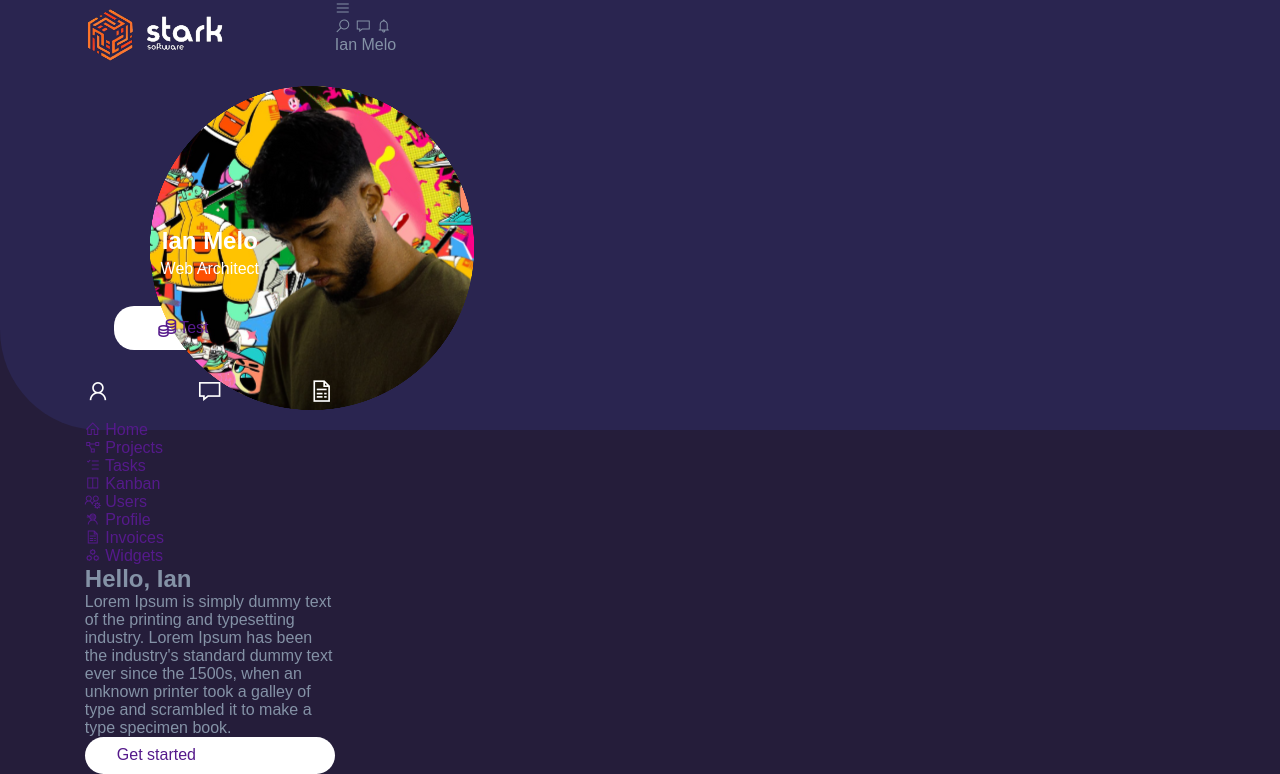
Repository: ichumbo/StarkDashboard
Page: index.html
These files come from the project's save history. The page is drawn as it stood at one moment and after the next save; the edit follows.
The browser window is 1280 px wide. The pictures show the whole page.
Pictures or frames that could not be fetched are drawn as grey boxes.

Above is the page before, as saved 2023-06-06 16:52:16.

### index.html
<!DOCTYPE html>
<html lang="pt-br">
<head>

    <meta charset="UTF-8">
    <meta http-equiv="X-UA-Compatible" content="IE=edge">
    <meta name="viewport" content="width=device-width, initial-scale=1.0">
    <title>Stark</title>
    <!--CSS-->
    <link rel="stylesheet" href="css/style.css">
    <!--Icons-->
    <link rel="stylesheet" href="https://maxst.icons8.com/vue-static/landings/line-awesome/font-awesome-line-awesome/css/all.min.css">
    <link rel="stylesheet" href="https://maxst.icons8.com/vue-static/landings/line-awesome/line-awesome/1.3.0/css/line-awesome.min.css">

</head>
<body>
    <div class="page-wrapper">
        <input type="checkbox" name="" id="menu-toggle">

        <div class="sidebar">
            <div class="brand">
                <img src="./img/blackicon.png" alt="stark" class="icon-header">
            </div>

            <div class="profile-card">
                <div class="profile-img">
                    <img src="/img/iconphoto.png" alt="Perfil">
                </div>
                <div class="profile-info">
                    <h2>Ian Melo</h2>
                    <small>Web Architect</small>
                </div>
                <div class="profile-action">
                    <a href="" class="btn btn-white">
                        <span class="las la-coins"></span>
                        Test
                    </a>
                </div>
                <div class="profile-icons">
                    <span class="las la-user"></span>
                    <span class="las la-comment-alt"></span>
                    <span class="las la-file-invoice"></span>
                </div>
            </div>

            <!--Menu-->

            <div class="sidebar-menu">
                <div class="menu-item">
                    <a href="">
                        <span class="las la-home"></span>
                        <span>Home</span>
                    </a>
                </div>

                <div class="menu-item">
                    <a href="">
                        <span class="las la-project-diagram"></span>
                        <span>Projects</span>
                    </a>
                </div>

                <div class="menu-item">
                    <a href="" class="action">
                        <span class="las la-tasks"></span>
                        <span>Tasks</span>
                    </a>
                </div>

                <div class="menu-item">
                    <a href="">
                        <span class="las la-columns"></span>
                        <span>Kanban</span>
                    </a>
                </div>

                <div class="menu-item">
                    <a href="">
                        <span class="las la-users-cog"></span>
                        <span>Users</span>
                    </a>
                </div>

                <div class="menu-item">
                    <a href="">
                        <span class="las la-user-ninja"></span>
                        <span>Profile</span>
                    </a>
                </div>

                <div class="menu-item">
                    <a href="">
                        <span class="las la-file-invoice"></span>
                        <span>Invoices</span>
                    </a>
                </div>

                <div class="menu-item">
                    <a href="">
                        <span class="las la-cogs"></span>
                        <span>Widgets</span>
                    </a>
                </div>

            </div>

            <!--Cards-->
            <div class="sidebar-card">
                <h2>Hello, Ian</h2>
                <p>Lorem Ipsum is simply dummy text of the printing and typesetting industry. Lorem Ipsum has been the industry's standard dummy text ever since the 1500s, when an unknown printer took a galley of type and scrambled it to make a type specimen book.
                </p>
                <a href="" class="btn btn-block btn-white">Get started</a>
            </div>
        </div>

        <!--Header-->
        <div class="main-content">
            <header>
                <label for="menu-toggle">
                    <span class="las la-bars"></span>
                </label>

                <div class="head-icons">
                    <span class="las la-search"></span>
                    <span class="las la-comment-alt"></span>
                    <span class="las la-bell"></span>
                    <div class="head-avartar">
                        <div class="avatar" style="background-image: url(img/1.jpeg)"></div>
                    </div>
                    <span>Ian Melo</span>
                </div>
            </header>

            <!--Main-->
            <main>

            </main>
        </div>
    </div>
</body>
</html>

### css/style.css
@import url(./global.css);
@import url(./color.css);
@import url(./sidebar.css);

/*------------------------------------------------------------------------------------------------------------------------------------------*/

#menu-toggle {
    display: none;
}

### css/global.css
@import url('https://fonts.googleapis.com');

* {
    font-family: 'Nunito', sans-serif;
    text-decoration: none;
    list-style-type: none;
    padding: 0;
    margin: 0;
    box-sizing: border-box;
}

body {
    color: var(--main-text);
    background: var(--color-dark-secundary);
}

.icon-header {
    width: 140px;
}

.btn {
    border: none;
    outline: none;
    border-radius: 20px;
    padding: .6rem 2rem;
    display: flex;
    align-items: center;
}

.btn-white {
    background: var(--color-white);
}

.btn span {
    font-size: 1.5rem;
    display: inline-block;
    margin-left: .6rem;
}

.page-wrapper {
    width: 93%;
    margin: auto;
    display: flex;
}

.page-wrapper::before {
    content: "";
    width: 100%;
    height: 430px;
    position: absolute;
    left: 0;
    top: 0;
    background: var(--color-dark);
    z-index: -1;
    border-radius: 0px 0px 0px 100px;
}

### css/color.css
:root {
    --color-main: #FC4F00;
    --color-secondary: #FFB100;
    --color-dark: #2A2550;
    --color-dark-secundary: #251D3A;
    --bg-body: #F8F8FB;
    --color-white: #FFFFFF;
    --main-accent: #DC8449;
    --main-text: #8492A6;
    --success: #28A745;
    --danger: #DC3545;
    --shadow: rgba(0, 0, 0, 0.15) 0px 2px 8px;
}

### css/sidebar.css
.sidebar {
    width: 250px;
    margin-left: 40px;
}

.brand {
    height: 70px;
    display: flex;
    align-items: center;
}

.brand h3 {
    font-size: 1.8rem;
    color: var(--color-white);
}

/*-----------------------------------------------PROFILE----------------------------------------------*/

.profile-card {
    text-align: center;
    margin: 1rem 0rem;
}

.profile-img {
    height: 120px;
    width: 120px;
    border-radius: 50%;
    margin: auto;
    background-size: cover;
    background-repeat: no-repeat;
    margin-bottom: 1.3rem;
}

.profile-info {
    color: var(--color-white);
}

.profile-info h2 {
    margin-bottom: .3rem;
}

.profile-info small {
    font-size: 1rem;
}

.profile-action {
    margin: 1.8rem;
}

.profile-icons {
    display: flex;
    justify-content: space-between;
    align-items: center;
}

.profile-icons span {
    display: inline-block;
    color: var(--color-white);
    font-size: 1.65rem;
}

After the next save:
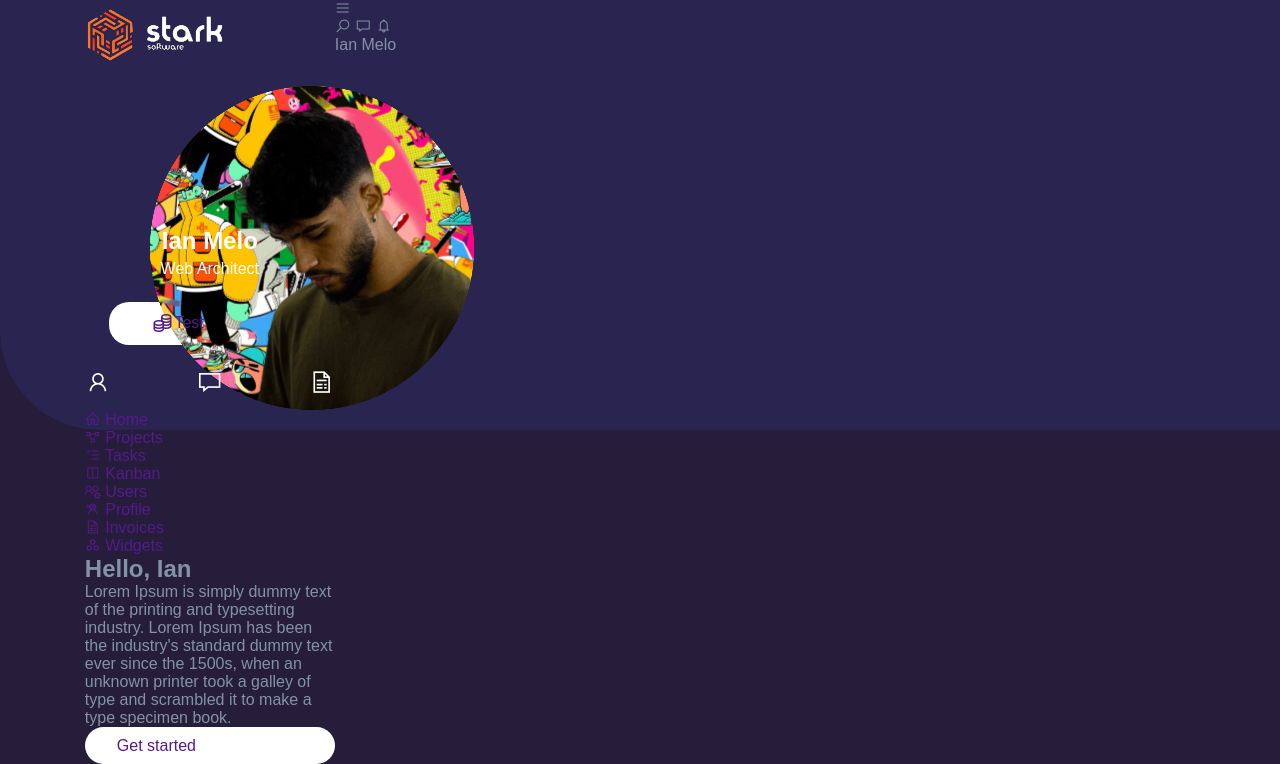
Saved 14 s later.
--- a/css/sidebar.css
+++ b/css/sidebar.css
@@ -44,7 +44,7 @@
 }
 
 .profile-action {
-    margin: 1.8rem;
+    margin: 1.5rem;
 }
 
 .profile-icons {
